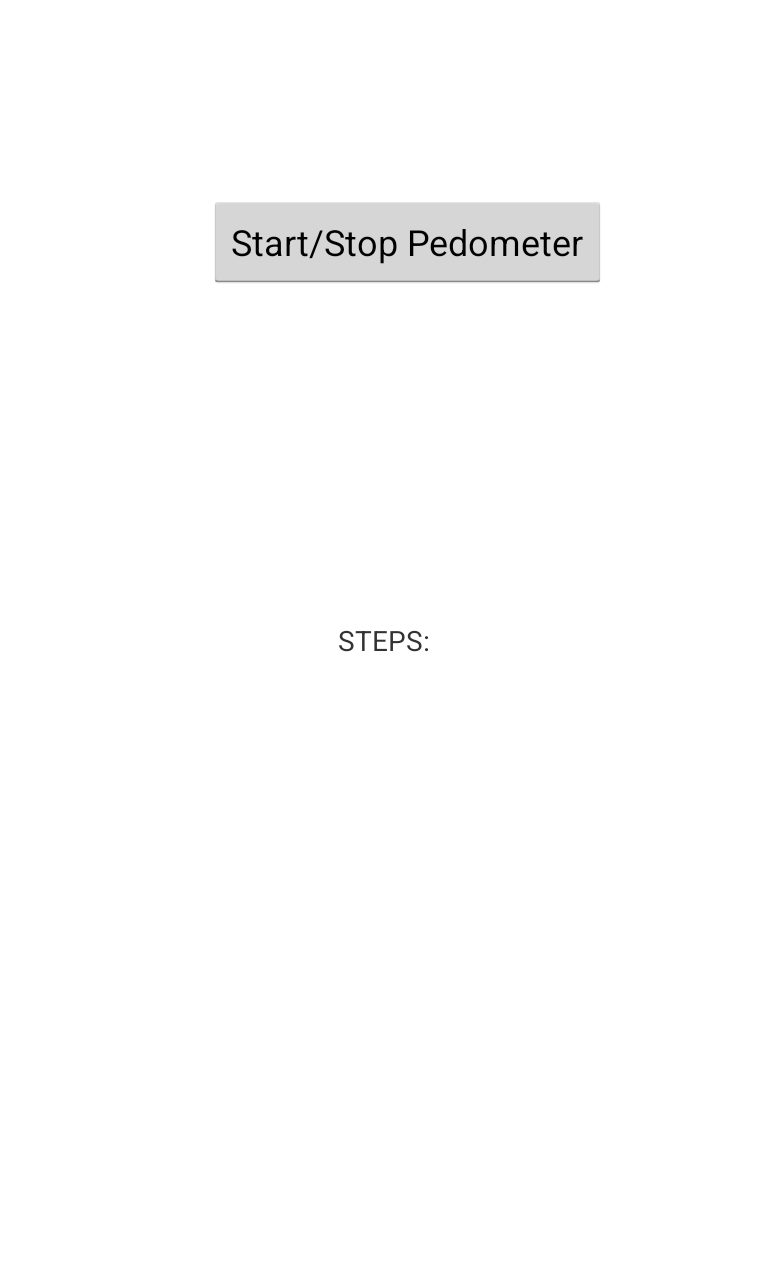
Repository: harrisonyu/Android-Pedometer
Layout: mp1/res/layout/activity_main.xml
The author's editor kept a copy of each file at every save. The layout is drawn from the files as they stood at one save, then again after the next save.
It is drawn on a 768 x 1280 px phone screen (xhdpi) without system bars, with theme AppTheme; the app's code is not run.

Above is the layout before, as saved 2013-10-19 02:12:40.

### mp1/res/layout/activity_main.xml
<RelativeLayout xmlns:android="http://schemas.android.com/apk/res/android"
    xmlns:tools="http://schemas.android.com/tools"
    android:layout_width="match_parent"
    android:layout_height="match_parent"
    android:paddingBottom="@dimen/activity_vertical_margin"
    android:paddingLeft="@dimen/activity_horizontal_margin"
    android:paddingRight="@dimen/activity_horizontal_margin"
    android:paddingTop="@dimen/activity_vertical_margin"
    tools:context=".MainActivity" >

    <Button
        android:id="@+id/button1"
        android:layout_width="wrap_content"
        android:layout_height="wrap_content"
        android:layout_alignParentRight="true"
        android:layout_below="@+id/textView1"
        android:layout_marginRight="64dp"
        android:layout_marginTop="81dp"
        android:text="@string/start_pedometer" />

    <TextView
        android:id="@+id/num_steps"
        android:layout_width="wrap_content"
        android:layout_height="wrap_content"
        android:layout_centerVertical = "true"
        android:layout_centerHorizontal = "true"
        android:text="@string/steps" />
</RelativeLayout>

### mp1/res/values/strings.xml
<?xml version="1.0" encoding="utf-8"?>
<resources>

    <string name="app_name">Pedometer</string>
    <string name="action_settings">Settings</string>
    <string name="start_pedometer">Start/Stop Pedometer</string>
    <string name="steps">STEPS:</string>

</resources>

Loaded but not shown: mp1/res/values/styles.xml (common file); mp1/res/values-v11/styles.xml (common file); mp1/res/values-v14/styles.xml (common file); mp1/res/values/dimens.xml (common file)

After the next save:
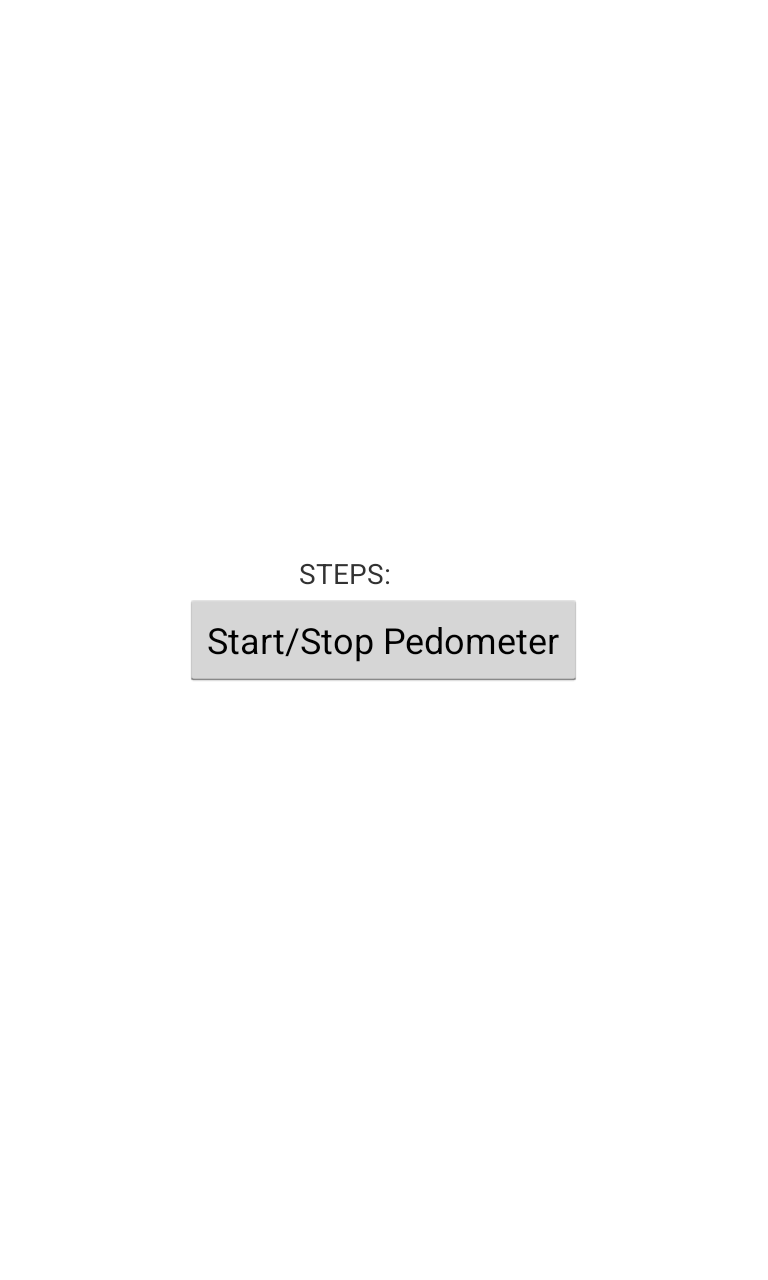
Saved 15 s later.
--- a/mp1/res/layout/activity_main.xml
+++ b/mp1/res/layout/activity_main.xml
@@ -12,17 +12,17 @@
         android:id="@+id/button1"
         android:layout_width="wrap_content"
         android:layout_height="wrap_content"
-        android:layout_alignParentRight="true"
-        android:layout_below="@+id/textView1"
-        android:layout_marginRight="64dp"
-        android:layout_marginTop="81dp"
+        android:layout_centerHorizontal="true"
+        android:layout_centerVertical="true"
         android:text="@string/start_pedometer" />
 
     <TextView
         android:id="@+id/num_steps"
         android:layout_width="wrap_content"
         android:layout_height="wrap_content"
-        android:layout_centerVertical = "true"
-        android:layout_centerHorizontal = "true"
+        android:layout_above="@+id/button1"
+        android:layout_alignLeft="@+id/button1"
+        android:layout_marginLeft="58dp"
         android:text="@string/steps" />
+
 </RelativeLayout>
